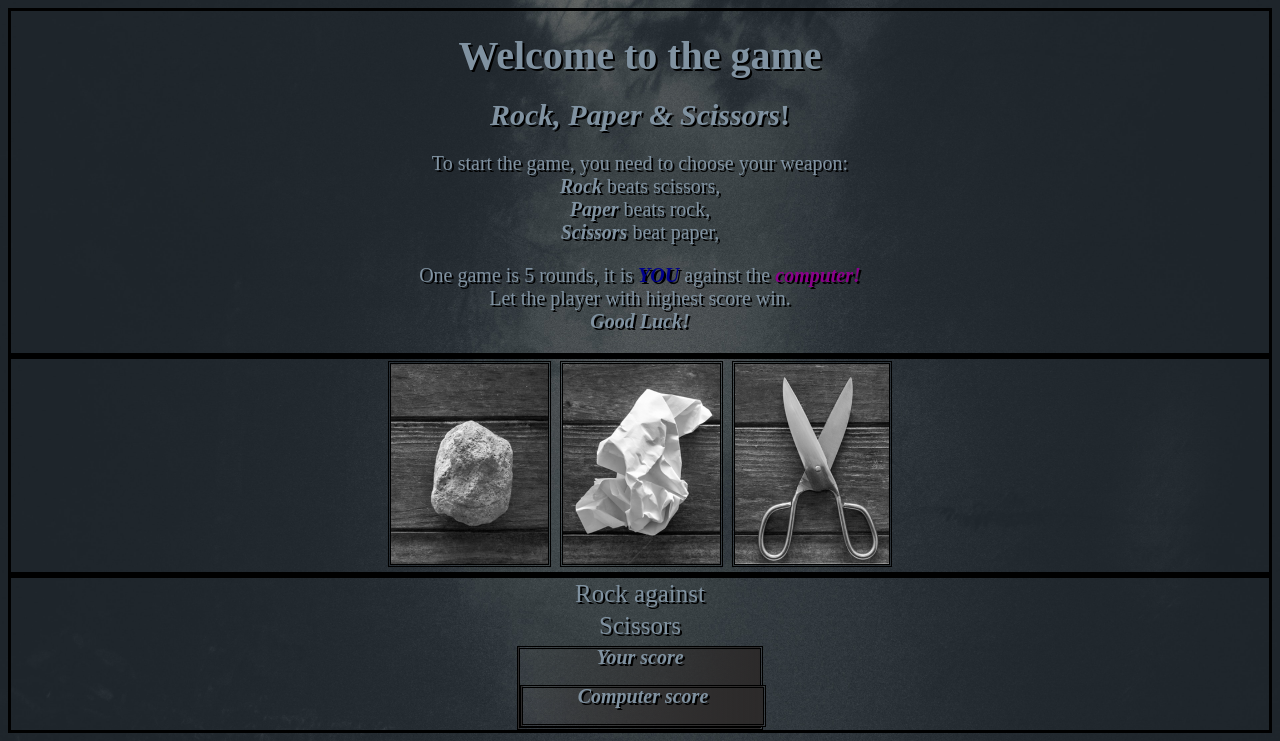
Repository: agneta1991/rock-paper-scissors
Page: Desktop/coding/index2.html
The author's editor kept a copy of each file at every save. The page is drawn from the files as they stood at one save, then again after the next save.
The browser window is 1280 px wide. The pictures show the whole page.
After loading, the first visible `button.Rock` was clicked once.

Above is the page before, as saved 2023-03-06 08:41:17.
Console error: ReferenceError: playerrScore is not defined

After the next save:
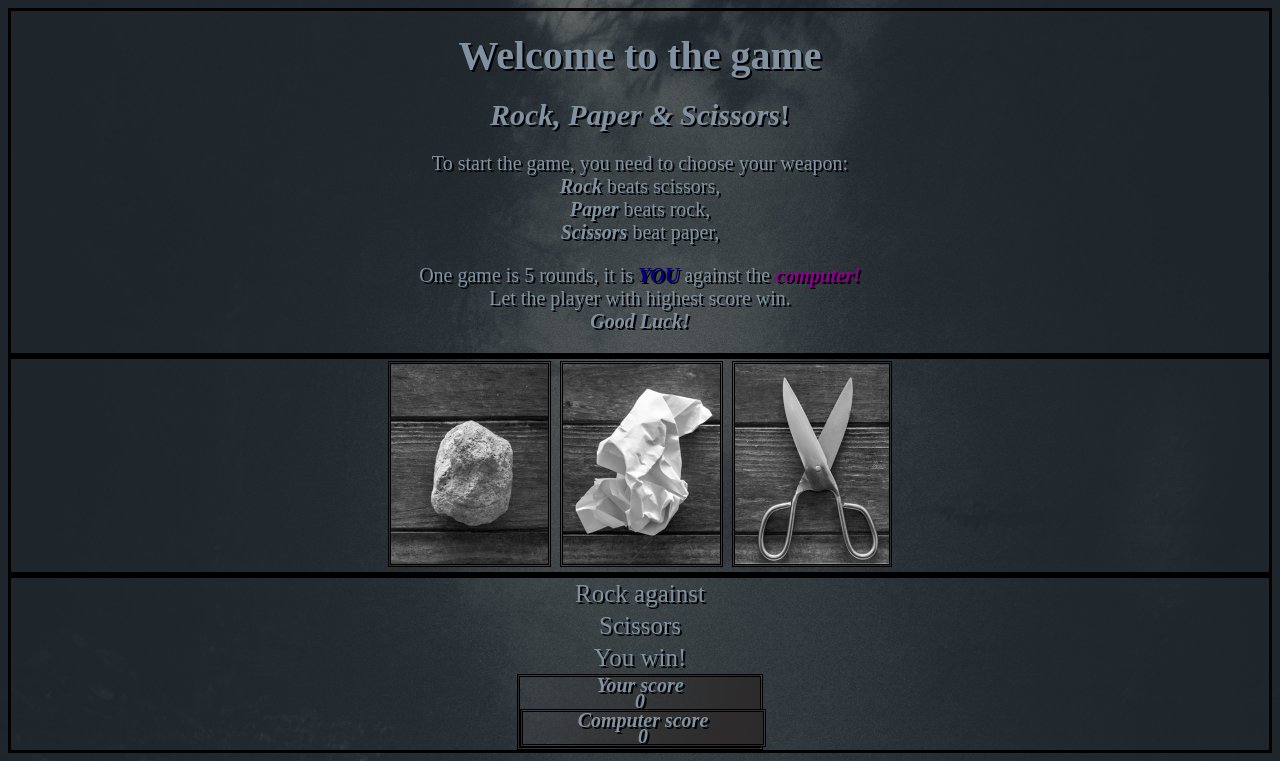
Saved 14 s later.
--- a/Desktop/coding/js.js
+++ b/Desktop/coding/js.js
@@ -48,7 +48,7 @@ function oneClick(){
             document.getElementById('msg').innerHTML= msgPlay;
             } else if (clicked === 'Rock' && computerChoice==='Scissors'){
             ++playerScore;
-            document.getElementById('displayedPlayerScore').innerHTML = playerrScore;            document.getElementById('displayedPlayerScore').innerHTML = computerScore;
+            document.getElementById('displayedPlayerScore').innerHTML = playerScore;            document.getElementById('displayedPlayerScore').innerHTML = computerScore;
             document.getElementById('displayedComputerScore').innerHTML = computerScore;
             document.getElementById('msg').innerHTML= msgPlay;
 
